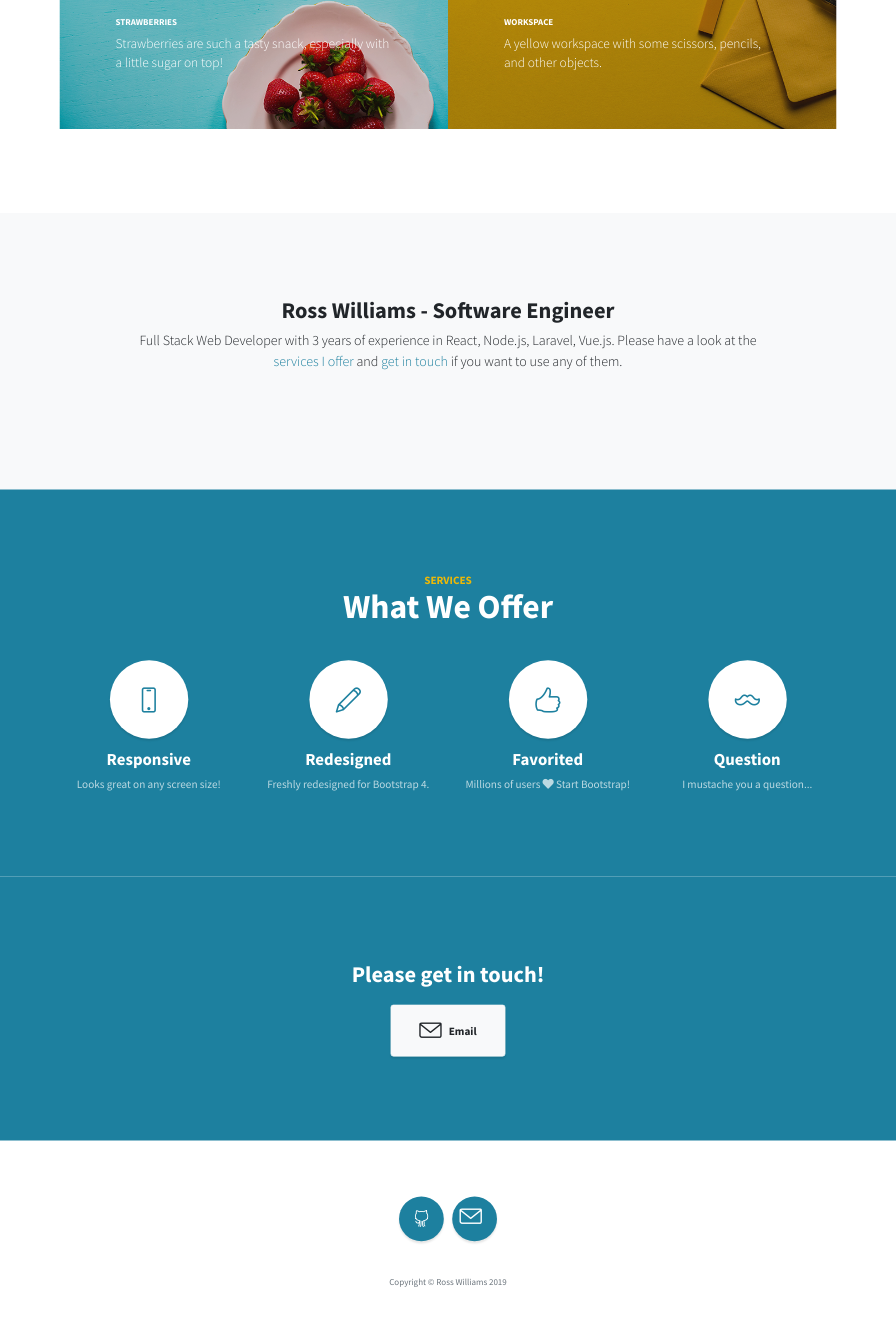
Repository: Williams94/Williams94.github.io
Page: index.html
The author's editor kept a copy of each file at every save. The page is drawn from the files as they stood at one save, then again after the next save.
The browser window is 1280 px wide. The pictures show the part of the page from y = 1576 to 3496 px (the page is 3496 px tall before and 3488 px after), at 70% of full size.
A picture or video elsewhere on the page could not be fetched, so the positions and the page height are approximate.

Above is the page before, as saved 2019-07-06 13:55:23.

### index.html
<!DOCTYPE html>
<html lang="en">

<head>

  <meta charset="utf-8">
  <meta name="viewport" content="width=device-width, initial-scale=1, shrink-to-fit=no">
  <meta name="description" content="">
  <meta name="author" content="">

  <title>Stylish Portfolio - Start Bootstrap Template</title>

  <!-- Bootstrap Core CSS -->
  <link href="vendor/bootstrap/css/bootstrap.min.css" rel="stylesheet">

  <!-- Custom Fonts -->
  <link href="vendor/fontawesome-free/css/all.min.css" rel="stylesheet" type="text/css">
  <link href="https://fonts.googleapis.com/css?family=Source+Sans+Pro:300,400,700,300italic,400italic,700italic"
    rel="stylesheet" type="text/css">
  <link href="vendor/simple-line-icons/css/simple-line-icons.css" rel="stylesheet">

  <!-- Custom CSS -->
  <link href="css/stylish-portfolio.css" rel="stylesheet">
  <link href="css/custom.css" rel="stylesheet">
  <!-- <link href="css/new-age.min.css" rel="stylesheet"> -->

</head>

<body id="page-top">

  <!-- Navigation -->
  <nav class="navbar navbar-expand-lg navbar-light fixed-top" id="mainNav">
    <div class="container">
      <a class="navbar-brand js-scroll-trigger" href="#page-top">Ross Williams</a>
      <button class="navbar-toggler navbar-toggler-right" type="button" data-toggle="collapse"
        data-target="#navbarResponsive" aria-controls="navbarResponsive" aria-expanded="false"
        aria-label="Toggle navigation">
        Menu
        <i class="fas fa-bars"></i>
      </button>
      <div class="collapse navbar-collapse" id="navbarResponsive">
        <ul class="navbar-nav ml-auto">
          <li class="nav-item">
            <a class="nav-link js-scroll-trigger" href="#about">About</a>
          </li>
          <li class="nav-item">
            <a class="nav-link js-scroll-trigger" href="#portfolio">Portfolio</a>
          </li>
          <li class="nav-item">
            <a class="nav-link js-scroll-trigger" href="#services">Services</a>
          </li>
          <li class="nav-item">
            <a class="nav-link js-scroll-trigger" href="#contact">Contact</a>
          </li>
        </ul>
      </div>
    </div>
  </nav>

  <!-- Header -->
  <header class="masthead">
    <div class="container h-100">
      <div class="row h-100">
        <div class="col-lg-7 my-auto">
          <div class="header-content mx-auto">
            <h1 class="mb-5">Welcome, please take a look at my previous projects and the services I offer.</h1>
          </div>
        </div>
        <div class="col-lg-5 my-auto">
          <div class="device-container">
            <div class="device-mockup iphone6_plus portrait white">
              <div class="device">
                <div class="screen">
                  <!-- Demo image for screen mockup, you can put an image here, some HTML, an animation, video, or anything else! -->
                  <img src="img/demo-screen-1.jpg" class="img-fluid" alt="">
                </div>
                <div class="button">
                  <!-- You can hook the "home button" to some JavaScript events or just remove it -->
                </div>
              </div>
            </div>
          </div>
        </div>
      </div>
    </div>
  </header>

  <!-- Portfolio -->
  <section class="content-section" id="portfolio">
    <div class="container">
      <div class="content-section-heading text-center">
        <h3 class="text-secondary mb-0">Portfolio</h3>
        <h2 class="mb-5">Recent Projects</h2>
      </div>
      <div class="row no-gutters">
        <div class="col-lg-6">
          <a class="portfolio-item" href="#">
            <span class="caption">
              <span class="caption-content">
                <h2>Stationary</h2>
                <p class="mb-0">A yellow pencil with envelopes on a clean, blue backdrop!</p>
              </span>
            </span>
            <img class="img-fluid" src="img/portfolio-1.jpg" alt="">
          </a>
        </div>
        <div class="col-lg-6">
          <a class="portfolio-item" href="#">
            <span class="caption">
              <span class="caption-content">
                <h2>Ice Cream</h2>
                <p class="mb-0">A dark blue background with a colored pencil, a clip, and a tiny ice cream cone!</p>
              </span>
            </span>
            <img class="img-fluid" src="img/portfolio-2.jpg" alt="">
          </a>
        </div>
        <div class="col-lg-6">
          <a class="portfolio-item" href="#">
            <span class="caption">
              <span class="caption-content">
                <h2>Strawberries</h2>
                <p class="mb-0">Strawberries are such a tasty snack, especially with a little sugar on top!</p>
              </span>
            </span>
            <img class="img-fluid" src="img/portfolio-3.jpg" alt="">
          </a>
        </div>
        <div class="col-lg-6">
          <a class="portfolio-item" href="#">
            <span class="caption">
              <span class="caption-content">
                <h2>Workspace</h2>
                <p class="mb-0">A yellow workspace with some scissors, pencils, and other objects.</p>
              </span>
            </span>
            <img class="img-fluid" src="img/portfolio-4.jpg" alt="">
          </a>
        </div>
      </div>
    </div>
  </section>

  <!-- About -->
  <section class="content-section bg-light" id="about">
    <div class="container text-center">
      <div class="row">
        <div class="col-lg-10 mx-auto">
          <h2>Ross Williams - Software Engineer</h2>
          <p class="lead mb-5">Full Stack Web Developer with 3 years of experience in React, Node.js, Laravel, Vue.js.
            Please have a look at the <a href="#services">services I offer</a> and <a href="#contact">get in touch</a>
            if you want to use any of them.
          </p>
        </div>
      </div>
    </div>
  </section>

  <!-- Services -->
  <section class="content-section bg-primary text-white text-center" id="services">
    <div class="container">
      <div class="content-section-heading">
        <h3 class="text-secondary mb-0">Services</h3>
        <h2 class="mb-5">What We Offer</h2>
      </div>
      <div class="row">
        <div class="col-lg-3 col-md-6 mb-5 mb-lg-0">
          <span class="service-icon rounded-circle mx-auto mb-3">
            <i class="icon-screen-smartphone"></i>
          </span>
          <h4>
            <strong>Responsive</strong>
          </h4>
          <p class="text-faded mb-0">Looks great on any screen size!</p>
        </div>
        <div class="col-lg-3 col-md-6 mb-5 mb-lg-0">
          <span class="service-icon rounded-circle mx-auto mb-3">
            <i class="icon-pencil"></i>
          </span>
          <h4>
            <strong>Redesigned</strong>
          </h4>
          <p class="text-faded mb-0">Freshly redesigned for Bootstrap 4.</p>
        </div>
        <div class="col-lg-3 col-md-6 mb-5 mb-md-0">
          <span class="service-icon rounded-circle mx-auto mb-3">
            <i class="icon-like"></i>
          </span>
          <h4>
            <strong>Favorited</strong>
          </h4>
          <p class="text-faded mb-0">Millions of users
            <i class="fas fa-heart"></i>
            Start Bootstrap!</p>
        </div>
        <div class="col-lg-3 col-md-6">
          <span class="service-icon rounded-circle mx-auto mb-3">
            <i class="icon-mustache"></i>
          </span>
          <h4>
            <strong>Question</strong>
          </h4>
          <p class="text-faded mb-0">I mustache you a question...</p>
        </div>
      </div>
    </div>
  </section>

  <!-- Call to Action -->
  <section class="content-section bg-primary text-white">
    <div class="container text-center">
      <h2 class="mb-4">Please get in touch!</h2>
      <a href="mailto:r.b.williams94@gmail.com" class="btn btn-xl btn-light">
        <div class="email-me-button-container">
          <i class="icon-envelope"></i>Email
        </div>
      </a>
    </div>
  </section>

  <!-- Map -->
  <!-- <section id="contact" class="map">
    <iframe width="100%" height="100%" frameborder="0" scrolling="no" marginheight="0" marginwidth="0"
      src="https://maps.google.com/maps?f=q&amp;source=s_q&amp;hl=en&amp;geocode=&amp;q=Twitter,+Inc.,+Market+Street,+San+Francisco,+CA&amp;aq=0&amp;oq=twitter&amp;sll=28.659344,-81.187888&amp;sspn=0.128789,0.264187&amp;ie=UTF8&amp;hq=Twitter,+Inc.,+Market+Street,+San+Francisco,+CA&amp;t=m&amp;z=15&amp;iwloc=A&amp;output=embed"></iframe>
    <br />
    <small>
      <a
        href="https://maps.google.com/maps?f=q&amp;source=embed&amp;hl=en&amp;geocode=&amp;q=Twitter,+Inc.,+Market+Street,+San+Francisco,+CA&amp;aq=0&amp;oq=twitter&amp;sll=28.659344,-81.187888&amp;sspn=0.128789,0.264187&amp;ie=UTF8&amp;hq=Twitter,+Inc.,+Market+Street,+San+Francisco,+CA&amp;t=m&amp;z=15&amp;iwloc=A"></a>
    </small>
  </section> -->

  <!-- Footer -->
  <footer class="footer text-center">
    <div class="container">
      <ul class="list-inline mb-5">
        <li class="list-inline-item">
          <a class="social-link rounded-circle text-white" href="https://github.com/Williams94">
            <i class="icon-social-github"></i>
          </a>
        </li>
        <li class="list-inline-item">
            <a class="social-link rounded-circle text-white" href="mailto:r.b.williams94@gmail.com">
              <i class="icon-envelope"></i>
            </a>
          </li>
      </ul>
      <p class="text-muted small mb-0">Copyright &copy; Ross Williams 2019</p>
    </div>
  </footer>

  <!-- Scroll to Top Button-->
  <a class="scroll-to-top rounded js-scroll-trigger" href="#page-top">
    <i class="fas fa-angle-up"></i>
  </a>

  <!-- Bootstrap core JavaScript -->
  <script src="vendor/jquery/jquery.min.js"></script>
  <script src="vendor/bootstrap/js/bootstrap.bundle.min.js"></script>

  <!-- Plugin JavaScript -->
  <script src="vendor/jquery-easing/jquery.easing.min.js"></script>

  <!-- Custom scripts for this template -->
  <script src="js/stylish-portfolio.min.js"></script>

</body>

</html>

### css/stylish-portfolio.css
/*!
 * Start Bootstrap - Stylish Portfolio v5.0.6 (https://startbootstrap.com/template-overviews/stylish-portfolio)
 * Copyright 2013-2019 Start Bootstrap
 * Licensed under MIT (https://github.com/BlackrockDigital/startbootstrap-stylish-portfolio/blob/master/LICENSE)
 */

body,
html {
  width: 100%;
  height: 100%;
}

body {
  font-family: "Source Sans Pro";
}

.btn-xl {
  padding: 1.25rem 2.5rem;
}

.content-section {
  padding-top: 7.5rem;
  padding-bottom: 7.5rem;
}

.content-section-heading h2 {
  font-size: 3rem;
}

.content-section-heading h3 {
  font-size: 1rem;
  text-transform: uppercase;
}

h1,
h2,
h3,
h4,
h5,
h6 {
  font-weight: 700;
}

.text-faded {
  color: rgba(255, 255, 255, 0.7);
}

/* Map */
.map {
  height: 30rem;
}

@media (max-width: 992px) {
  .map {
    height: 75%;
  }
}

.map iframe {
  pointer-events: none;
}

.scroll-to-top {
  position: fixed;
  right: 15px;
  bottom: 15px;
  display: none;
  width: 50px;
  height: 50px;
  text-align: center;
  color: white;
  background: rgba(52, 58, 64, 0.5);
  line-height: 45px;
}

.scroll-to-top:focus,
.scroll-to-top:hover {
  color: white;
}

.scroll-to-top:hover {
  background: #343a40;
}

.scroll-to-top i {
  font-weight: 800;
}

.masthead {
  min-height: 30rem;
  position: relative;
  display: table;
  width: 100%;
  height: auto;
  padding-top: 8rem;
  padding-bottom: 8rem;
  background: -webkit-gradient(
      linear,
      left top,
      right top,
      from(rgba(255, 255, 255, 0.1)),
      to(rgba(255, 255, 255, 0.1))
    ),
    url("../img/bg-masthead.jpg");
  background: linear-gradient(
      90deg,
      rgba(255, 255, 255, 0.1) 0%,
      rgba(255, 255, 255, 0.1) 100%
    ),
    url("../img/bg-masthead.jpg");
  background-position: center center;
  background-repeat: no-repeat;
  background-size: cover;
}

.masthead h1 {
  font-size: 4rem;
  margin: 0;
  padding: 0;
}

@media (min-width: 992px) {
  .masthead {
    height: 100vh;
  }
  .masthead h1 {
    font-size: 5.5rem;
  }
}

/* Side Menu */
#sidebar-wrapper {
  position: fixed;
  z-index: 2;
  right: 0;
  width: 250px;
  height: 100%;
  -webkit-transition: all 0.4s ease 0s;
  transition: all 0.4s ease 0s;
  -webkit-transform: translateX(250px);
  transform: translateX(250px);
  background: #1d809f;
  border-left: 1px solid rgba(255, 255, 255, 0.1);
}

.sidebar-nav {
  position: absolute;
  top: 0;
  width: 250px;
  margin: 0;
  padding: 0;
  list-style: none;
}

.sidebar-nav li.sidebar-nav-item a {
  display: block;
  text-decoration: none;
  color: #fff;
  padding: 15px;
}

.sidebar-nav li a:hover {
  text-decoration: none;
  color: #fff;
  background: rgba(255, 255, 255, 0.2);
}

.sidebar-nav li a:active,
.sidebar-nav li a:focus {
  text-decoration: none;
}

.sidebar-nav > .sidebar-brand {
  font-size: 1.2rem;
  background: rgba(52, 58, 64, 0.1);
  height: 80px;
  line-height: 50px;
  padding-top: 15px;
  padding-bottom: 15px;
  padding-left: 15px;
}

.sidebar-nav > .sidebar-brand a {
  color: #fff;
}

.sidebar-nav > .sidebar-brand a:hover {
  color: #fff;
  background: none;
}

#sidebar-wrapper.active {
  right: 250px;
  width: 250px;
  -webkit-transition: all 0.4s ease 0s;
  transition: all 0.4s ease 0s;
}

.menu-toggle {
  position: fixed;
  right: 15px;
  top: 15px;
  width: 50px;
  height: 50px;
  text-align: center;
  color: #fff;
  background: rgba(52, 58, 64, 0.5);
  line-height: 50px;
  z-index: 999;
}

.menu-toggle:focus,
.menu-toggle:hover {
  color: #fff;
}

.menu-toggle:hover {
  background: #343a40;
}

.service-icon {
  background-color: #fff;
  color: #1d809f;
  height: 7rem;
  width: 7rem;
  display: block;
  line-height: 7.5rem;
  font-size: 2.25rem;
  -webkit-box-shadow: 0 3px 3px 0 rgba(0, 0, 0, 0.1);
  box-shadow: 0 3px 3px 0 rgba(0, 0, 0, 0.1);
}

.callout {
  padding: 15rem 0;
  background: -webkit-gradient(
      linear,
      left top,
      right top,
      from(rgba(255, 255, 255, 0.1)),
      to(rgba(255, 255, 255, 0.1))
    ),
    url("../img/bg-callout.jpg");
  background: linear-gradient(
      90deg,
      rgba(255, 255, 255, 0.1) 0%,
      rgba(255, 255, 255, 0.1) 100%
    ),
    url("../img/bg-callout.jpg");
  background-position: center center;
  background-repeat: no-repeat;
  background-size: cover;
}

.callout h2 {
  font-size: 3.5rem;
  font-weight: 700;
  display: block;
  max-width: 30rem;
}

.portfolio-item {
  display: block;
  position: relative;
  overflow: hidden;
  max-width: 530px;
  margin: auto auto 1rem;
}

.portfolio-item .caption {
  display: -webkit-box;
  display: -ms-flexbox;
  display: flex;
  height: 100%;
  width: 100%;
  background-color: rgba(33, 37, 41, 0.2);
  position: absolute;
  top: 0;
  bottom: 0;
  z-index: 1;
}

.portfolio-item .caption .caption-content {
  color: #fff;
  margin: auto 2rem 2rem;
}

.portfolio-item .caption .caption-content h2 {
  font-size: 0.8rem;
  text-transform: uppercase;
}

.portfolio-item .caption .caption-content p {
  font-weight: 300;
  font-size: 1.2rem;
}

@media (min-width: 992px) {
  .portfolio-item {
    max-width: none;
    margin: 0;
  }
  .portfolio-item .caption {
    -webkit-transition: -webkit-clip-path 0.25s ease-out, background-color 0.7s;
    -webkit-clip-path: inset(0px);
    clip-path: inset(0px);
  }
  .portfolio-item .caption .caption-content {
    -webkit-transition: opacity 0.25s;
    transition: opacity 0.25s;
    margin-left: 5rem;
    margin-right: 5rem;
    margin-bottom: 5rem;
  }
  .portfolio-item img {
    -webkit-transition: -webkit-clip-path 0.25s ease-out;
    -webkit-clip-path: inset(-1px);
    clip-path: inset(-1px);
  }
  .portfolio-item:hover img {
    -webkit-clip-path: inset(2rem);
    clip-path: inset(2rem);
  }
  .portfolio-item:hover .caption {
    background-color: rgba(29, 128, 159, 0.9);
    -webkit-clip-path: inset(2rem);
    clip-path: inset(2rem);
  }
}

footer.footer {
  padding-top: 5rem;
  padding-bottom: 5rem;
}

footer.footer .social-link {
  display: block;
  height: 4rem;
  width: 4rem;
  line-height: 4.3rem;
  font-size: 1.5rem;
  background-color: #1d809f;
  -webkit-transition: background-color 0.15s ease-in-out;
  transition: background-color 0.15s ease-in-out;
  -webkit-box-shadow: 0 3px 3px 0 rgba(0, 0, 0, 0.1);
  box-shadow: 0 3px 3px 0 rgba(0, 0, 0, 0.1);
}

footer.footer .social-link:hover {
  background-color: #155d74;
  text-decoration: none;
}

a {
  color: #1d809f;
}

a:hover,
a:focus,
a:active {
  color: #155d74;
}

.btn-primary {
  background-color: #1d809f !important;
  border-color: #1d809f !important;
  color: #fff !important;
}

.btn-primary:hover,
.btn-primary:focus,
.btn-primary:active {
  background-color: #155d74 !important;
  border-color: #155d74 !important;
}

.btn-secondary {
  background-color: #ecb807 !important;
  border-color: #ecb807 !important;
  color: #fff !important;
}

.btn-secondary:hover,
.btn-secondary:focus,
.btn-secondary:active {
  background-color: #ba9106 !important;
  border-color: #ba9106 !important;
}

.btn-dark {
  color: #fff !important;
}

.btn {
  -webkit-box-shadow: 0px 3px 3px 0px rgba(0, 0, 0, 0.1);
  box-shadow: 0px 3px 3px 0px rgba(0, 0, 0, 0.1);
  font-weight: 700;
}

.bg-primary {
  background-color: #1d809f !important;
}

.text-primary {
  color: #1d809f !important;
}

.text-secondary {
  color: #ecb807 !important;
}

#mainNav {
  border-color: rgba(34, 34, 34, 0.05);
  background-color: white;
  -webkit-transition: all 0.35s;
  transition: all 0.35s;
  font-family: "Catamaran", "Helvetica", "Arial", "sans-serif";
  font-weight: 200;
  letter-spacing: 1px;
}

#mainNav .navbar-brand {
  color: #fdcc52;
  font-family: "Catamaran", "Helvetica", "Arial", "sans-serif";
  font-weight: 200;
  letter-spacing: 1px;
}

#mainNav .navbar-brand:hover,
#mainNav .navbar-brand:focus {
  color: #fcbd20;
}

#mainNav .navbar-toggler {
  font-size: 12px;
  padding: 8px 10px;
  color: #222222;
}

#mainNav .navbar-nav > li > a {
  font-size: 11px;
  font-family: "Lato", "Helvetica", "Arial", "sans-serif";
  letter-spacing: 2px;
  text-transform: uppercase;
}

#mainNav .navbar-nav > li > a.active {
  color: #fdcc52 !important;
  background-color: transparent;
}

#mainNav .navbar-nav > li > a.active:hover {
  background-color: transparent;
}

#mainNav .navbar-nav > li > a,
#mainNav .navbar-nav > li > a:focus {
  color: #222222;
}

#mainNav .navbar-nav > li > a:hover,
#mainNav .navbar-nav > li > a:focus:hover {
  color: #fdcc52;
}

@media (min-width: 992px) {
  #mainNav {
    border-color: transparent;
    background-color: transparent;
  }
  #mainNav .navbar-brand {
    color: fade(white, 70%);
  }
  #mainNav .navbar-brand:hover,
  #mainNav .navbar-brand:focus {
    color: white;
  }
  #mainNav .navbar-nav > li > a,
  #mainNav .navbar-nav > li > a:focus {
    color: rgba(255, 255, 255, 0.7);
  }
  #mainNav .navbar-nav > li > a:hover,
  #mainNav .navbar-nav > li > a:focus:hover {
    color: white;
  }
  #mainNav.navbar-shrink {
    border-color: rgba(34, 34, 34, 0.1);
    background-color: white;
  }
  #mainNav.navbar-shrink .navbar-brand {
    color: #222222;
  }
  #mainNav.navbar-shrink .navbar-brand:hover,
  #mainNav.navbar-shrink .navbar-brand:focus {
    color: #fdcc52;
  }
  #mainNav.navbar-shrink .navbar-nav > li > a,
  #mainNav.navbar-shrink .navbar-nav > li > a:focus {
    color: #222222;
  }
  #mainNav.navbar-shrink .navbar-nav > li > a:hover,
  #mainNav.navbar-shrink .navbar-nav > li > a:focus:hover {
    color: #fdcc52;
  }
}


header.masthead {
  position: relative;
  width: 100%;
  padding-top: 150px;
  padding-bottom: 100px;
  color: white;
  background: url("../img/bg-pattern.png"), #7b4397;
  background: url("../img/bg-pattern.png"), -webkit-gradient(linear, right top, left top, from(#7b4397), to(#dc2430));
  background: url("../img/bg-pattern.png"), linear-gradient(to left, #7b4397, #dc2430);
}

header.masthead .header-content {
  max-width: 500px;
  margin-bottom: 100px;
  text-align: center;
}

header.masthead .header-content h1 {
  font-size: 30px;
}

header.masthead .device-container {
  max-width: 325px;
  margin-right: auto;
  margin-left: auto;
}

header.masthead .device-container .screen img {
  border-radius: 3px;
}

@media (min-width: 992px) {
  header.masthead {
    height: 100vh;
    min-height: 775px;
    padding-top: 0;
    padding-bottom: 0;
  }
  header.masthead .header-content {
    margin-bottom: 0;
    text-align: left;
  }
  header.masthead .header-content h1 {
    font-size: 50px;
  }
  header.masthead .device-container {
    max-width: 325px;
  }
}

### css/custom.css
.icon-envelope {
  font-size: 2rem;
  margin-right: 10px;
}

.email-me-button-container {
  display: flex;
  align-items: center;
}

Loaded but not shown: vendor/bootstrap/css/bootstrap.min.css (library); vendor/fontawesome-free/css/all.min.css (library); vendor/simple-line-icons/css/simple-line-icons.css (library); vendor/jquery/jquery.min.js (library); vendor/bootstrap/js/bootstrap.bundle.min.js (library); vendor/jquery-easing/jquery.easing.min.js (common file); js/stylish-portfolio.min.js (common file)

After the next save:
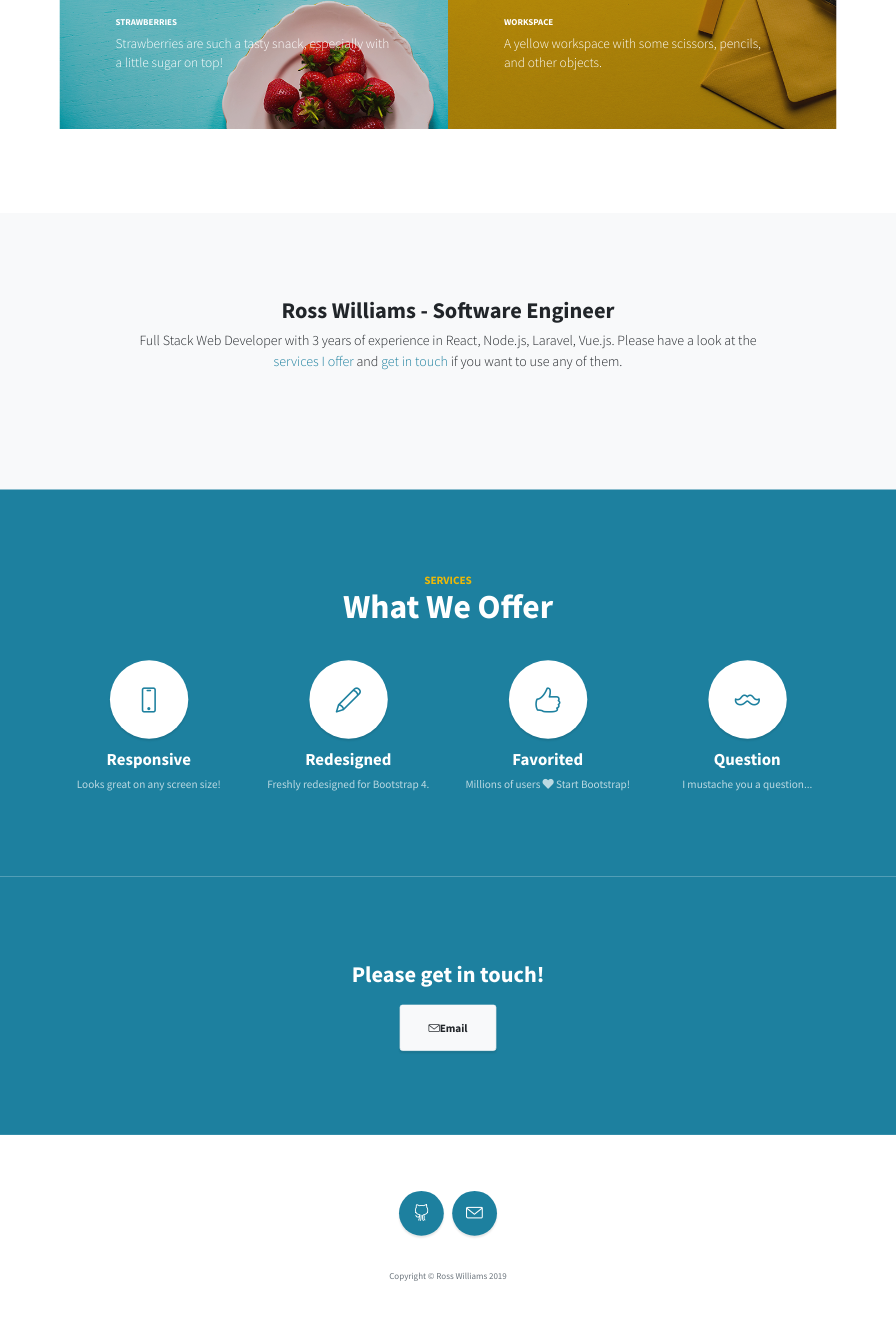
Saved 14 s later.
--- a/css/custom.css
+++ b/css/custom.css
@@ -1,6 +1,6 @@
 .icon-envelope {
-  font-size: 2rem;
-  margin-right: 10px;
+  /* font-size: 2rem; */
+  /* margin-right: 10px; */
 }
 
 .email-me-button-container {
